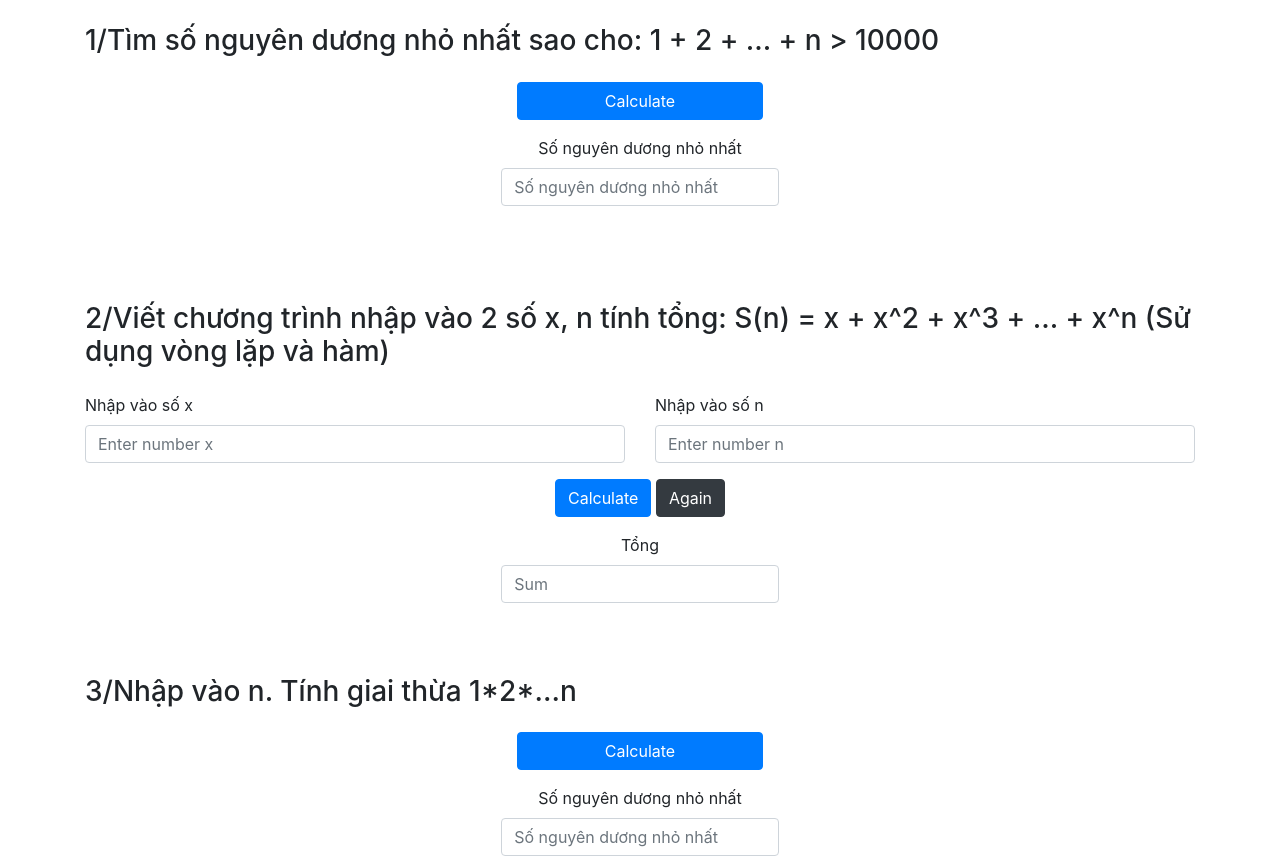
Repository: baobaodeveloper/bootcamp21__loop__HuynhAnhBao
Page: index.html
These files come from the project's save history. The page is drawn as it stood at one moment and after the next save; the edit follows.
The browser window is 1280 px wide. The pictures show the whole page.

Above is the page before, as saved 2022-03-16 23:29:17.

### index.html
<!DOCTYPE html>
<html lang="en">
  <head>
    <title>Exercise Js</title>
    <!-- Required meta tags -->
    <meta charset="utf-8" />
    <meta
      name="viewport"
      content="width=device-width, initial-scale=1, shrink-to-fit=no"
    />

    <!-- Bootstrap CSS -->
    <link
      rel="stylesheet"
      href="https://stackpath.bootstrapcdn.com/bootstrap/4.3.1/css/bootstrap.min.css"
      integrity="sha384-ggOyR0iXCbMQv3Xipma34MD+dH/1fQ784/j6cY/iJTQUOhcWr7x9JvoRxT2MZw1T"
      crossorigin="anonymous"
    />
  </head>
  <body>
    <!--1/Tìm số nguyên dương nhỏ nhất sao cho:
    1 + 2 + … + n > 10000-->
    <div class="container mt-4">
      <h3>1/Tìm số nguyên dương nhỏ nhất sao cho: 1 + 2 + … + n > 10000</h3>
      <div class="mb-3 flex-md-column d-flex w-25 m-auto text-center">
        <button type="button" id="min-number" class="btn btn-primary m-3">
          Calculate
        </button>
        <label class="form-label">Số nguyên dương nhỏ nhất</label>
        <input
          type="email"
          class="form-control"
          id="result1"
          placeholder="Số nguyên dương nhỏ nhất"
        />
      </div>
    </div>

    <!--2/Viết chương trình nhập vào 2 số x, n tính tổng: S(n) = x + x^2 + x^3 + … + x^n (Sử
    dụng vòng lặp và hàm)-->
    <div class="container mt-5 pt-5">
      <h3>
        2/Viết chương trình nhập vào 2 số x, n tính tổng: S(n) = x + x^2 + x^3 +
        … + x^n (Sử dụng vòng lặp và hàm)
      </h3>
      <div class="row mt-4">
        <div class="col">
          <label class="form-label">Nhập vào số x</label>
          <input
            type="text"
            class="form-control"
            placeholder="Enter number x"
            id="number-x"
          />
        </div>
        <div class="col">
          <label class="form-label">Nhập vào số n</label>
          <input
            type="text"
            class="form-control"
            placeholder="Enter number n"
            id="number-n"
          />
        </div>
      </div>

      <div class="m-3 text-center">
        <button type="button" id="calculate-sum" class="btn btn-primary">
          Calculate
        </button>
        <button type="button" id="calculate-sum-again" class="btn btn-dark">
          Again
        </button>
      </div>

      <div class="w-25 m-auto text-center">
        <label class="form-label">Tổng</label>
        <input
          type="email"
          class="form-control"
          id="result2"
          placeholder="Sum"
        />
      </div>
    </div>

    <!--3/Nhập vào n. Tính giai thừa 1*2*...n-->
    <div class="container mt-4 pt-5">
      <h3>3/Nhập vào n. Tính giai thừa 1*2*...n</h3>
      <div class="mb-3 flex-md-column d-flex w-25 m-auto text-center">
        <button type="button" id="min-number" class="btn btn-primary m-3">
          Calculate
        </button>
        <label class="form-label">Số nguyên dương nhỏ nhất</label>
        <input
          type="email"
          class="form-control"
          id="result1"
          placeholder="Số nguyên dương nhỏ nhất"
        />
      </div>
    </div>

    <!-- Optional JavaScript -->
    <!-- jQuery first, then Popper.js, then Bootstrap JS -->
    <script
      src="https://code.jquery.com/jquery-3.3.1.slim.min.js"
      integrity="sha384-q8i/X+965DzO0rT7abK41JStQIAqVgRVzpbzo5smXKp4YfRvH+8abtTE1Pi6jizo"
      crossorigin="anonymous"
    ></script>
    <script
      src="https://cdnjs.cloudflare.com/ajax/libs/popper.js/1.14.7/umd/popper.min.js"
      integrity="sha384-UO2eT0CpHqdSJQ6hJty5KVphtPhzWj9WO1clHTMGa3JDZwrnQq4sF86dIHNDz0W1"
      crossorigin="anonymous"
    ></script>
    <script
      src="https://stackpath.bootstrapcdn.com/bootstrap/4.3.1/js/bootstrap.min.js"
      integrity="sha384-JjSmVgyd0p3pXB1rRibZUAYoIIy6OrQ6VrjIEaFf/nJGzIxFDsf4x0xIM+B07jRM"
      crossorigin="anonymous"
    ></script>

    <!-- <script src="exercise1.js"></script> -->
    <script src="exercise2.js"></script>
  </body>
</html>

### exercise2.js
const numX = document.getElementById("number-x");
const numN = document.getElementById("number-n");
const result2 = document.getElementById("result2");
document.getElementById("calculate-sum").addEventListener("click", () => {
  if (numN.value && numX.value) {
    let numXValue = +numX.value;
    let numNValue = +numN.value;
    let sum = 0;
    for (let i = 1; i <= numNValue; i++) {
      sum += numXValue ** i;
    }

    result2.value = sum;
  }
});

document.getElementById("calculate-sum-again").addEventListener("click", () => {
  numX.value = "";
  numN.value = "";
  result2.value = "";
});

After the next save:
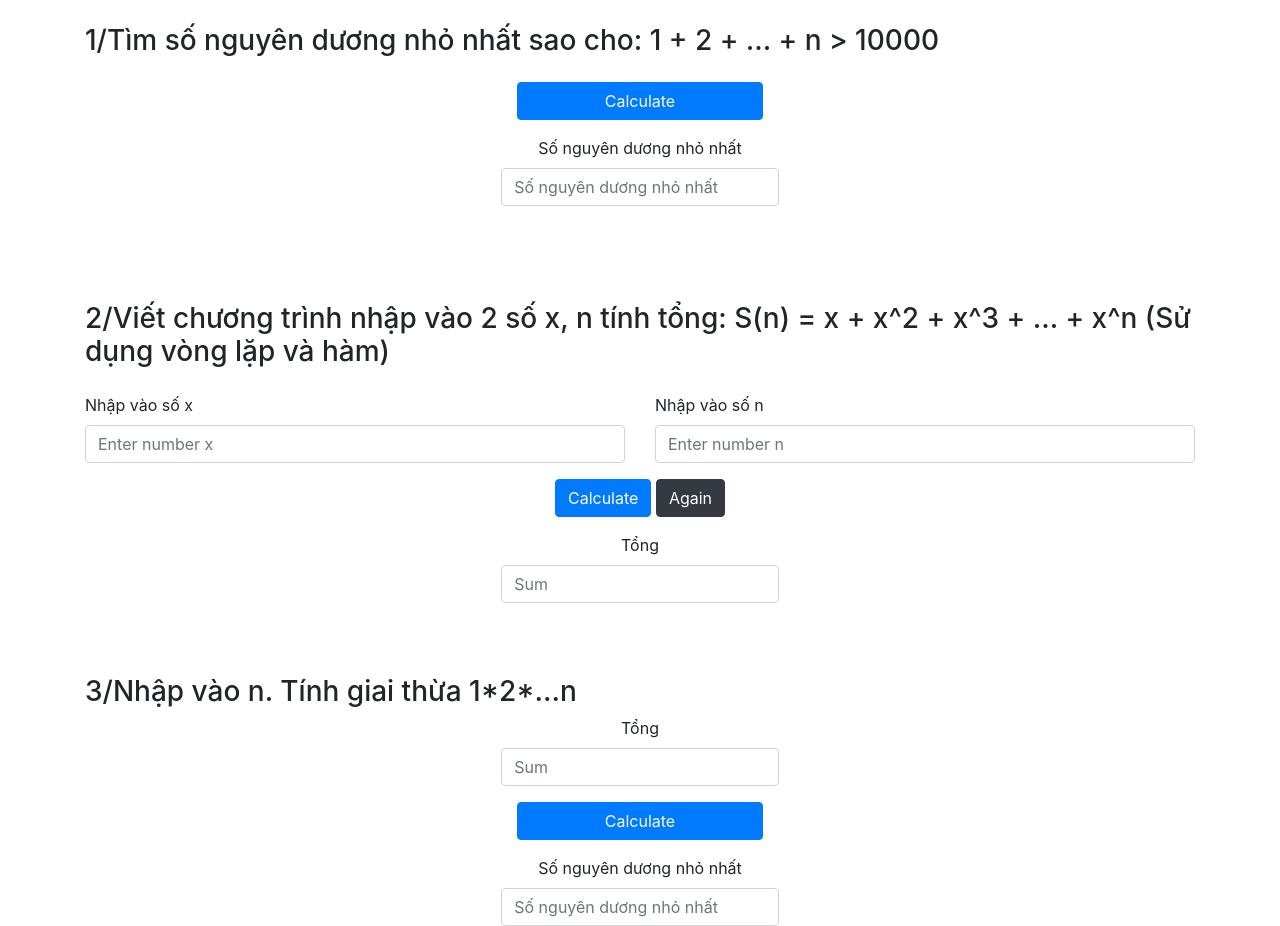
Saved 30 s later.
--- a/index.html
+++ b/index.html
@@ -87,6 +87,15 @@
     <!--3/Nhập vào n. Tính giai thừa 1*2*...n-->
     <div class="container mt-4 pt-5">
       <h3>3/Nhập vào n. Tính giai thừa 1*2*...n</h3>
+      <div class="w-25 m-auto text-center">
+        <label class="form-label">Tổng</label>
+        <input
+          type="email"
+          class="form-control"
+          id="result2"
+          placeholder="Sum"
+        />
+      </div>
       <div class="mb-3 flex-md-column d-flex w-25 m-auto text-center">
         <button type="button" id="min-number" class="btn btn-primary m-3">
           Calculate
